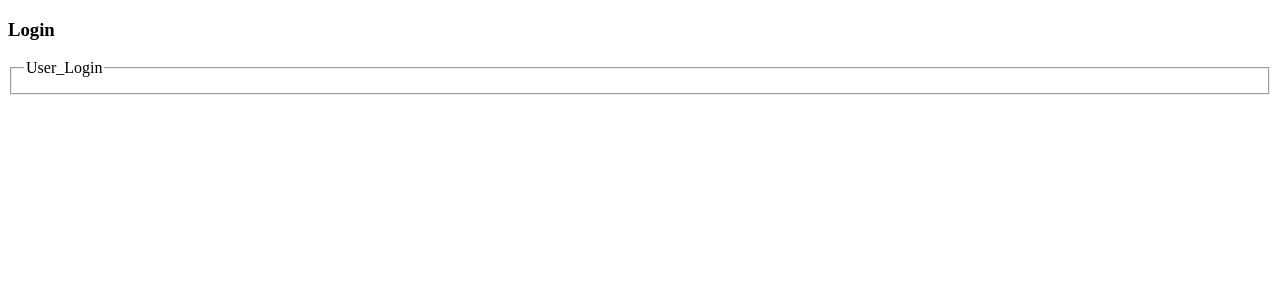
Repository: yhung004/TUTORIAL_PAGE
Page: log_in.html
These files come from the project's save history. The page is drawn as it stood at one moment and after the next save; the edit follows.
The browser window is 1280 px wide. The pictures show the whole page.

Above is the page before, as saved 2024-04-10 02:16:36.

### log_in.html
<!DOCTYPE html>
<html lang="en">
<head>
    <meta charset="UTF-8">
    <meta name="viewport" content="width=device-width, initial-scale=1.0">
    <title>Login</title>
    <link rel="stylesheet" href="main.css">
</head>
<body>
    <h3>Login</h3>

    <fieldset >
        <legend>User_Login</legend>
    </fieldset>

</body>
</html>

### main.css
.welcome{
    text-align: center;
    font-family: 'Courier New', Courier, monospace;
    font-size: 30px;
    margin-top: 80px;
}
.welcome_text {
    margin-top: 20px;
    text-align:center;
    font-family: 'Courier New', Courier, monospace;
    font-size: 30px;
}
.button_a {
    position: relative;
    left: 580px;
    border: 1px solid black;
    background-color:white;
    border-radius: 30px;
    font-size: 40px;
    padding: 2px 18px 2px 18px;
    margin-top: 20px;
}
.button_b {
    position: relative;
    right: -600px;
    border : 1px solid black;
    border-radius: 40px;
    background-color: rgb(63, 60, 60);
    color:white;
    font-size: 40px;
    padding: 2px 7px 2px 7px;
    margin-top: 20px;
}
a.button_b1 {
    text-decoration: none;
    color:white;
}
a.button_a1 {
    text-decoration:none;
    color:black;
}

After the next save:
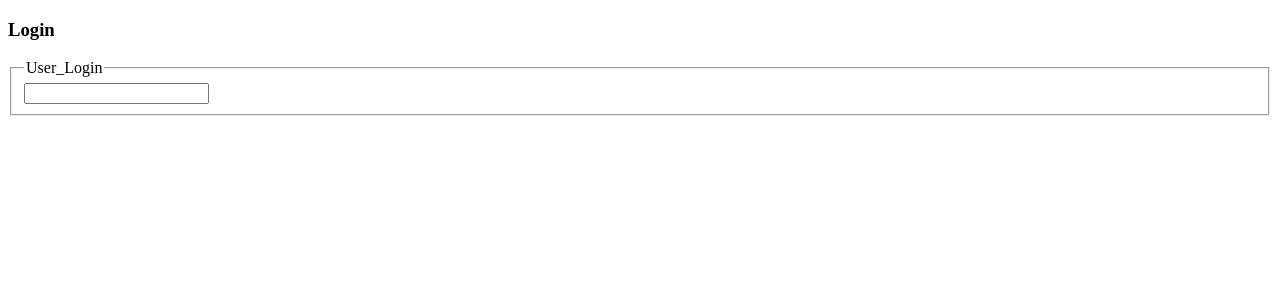
Saved 18 s later.
--- a/log_in.html
+++ b/log_in.html
@@ -11,6 +11,9 @@
 
     <fieldset >
         <legend>User_Login</legend>
+        <form action="">
+            <input type="text">
+        </form>
     </fieldset>
 
 </body>
